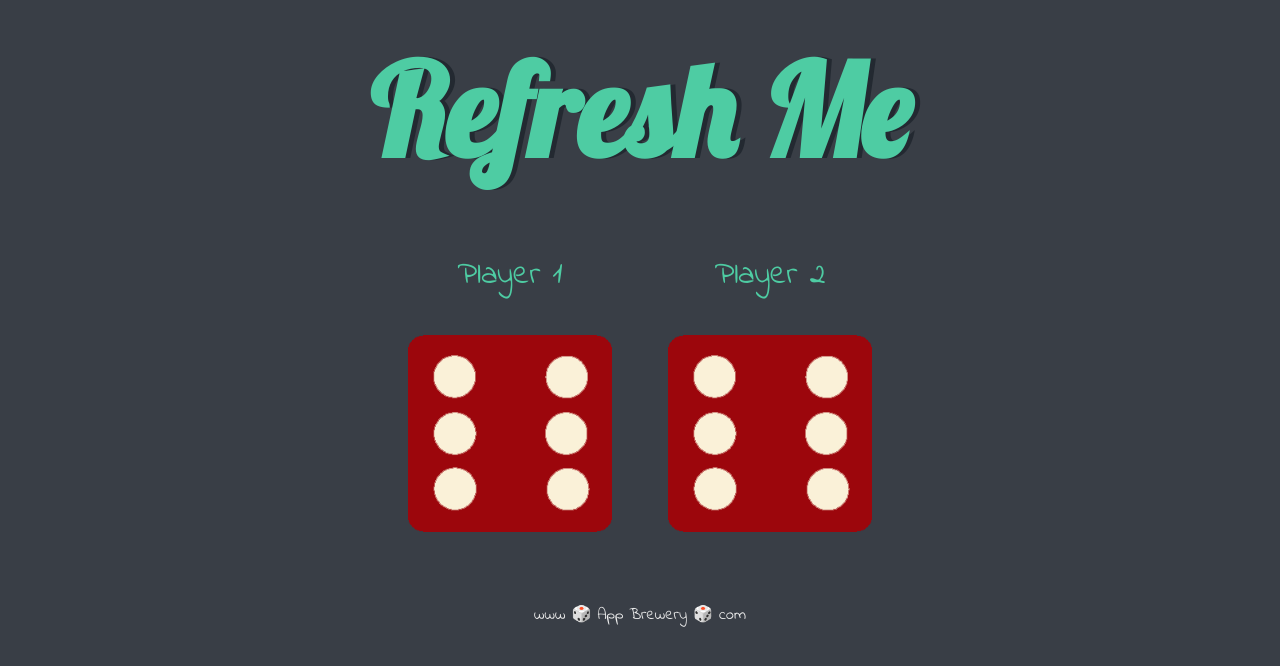
Repository: joseph27choi/Simple-Dice-Game
Page: dicee.html
These files come from the project's save history. The page is drawn as it stood at one moment and after a run of saves; the edit follows.
The browser window is 1280 px wide. The pictures show the whole page.

Above is the page before, as saved 2023-02-23 12:32:30.
Console error: SyntaxError: Unexpected token '}'

After the next 2 saves:
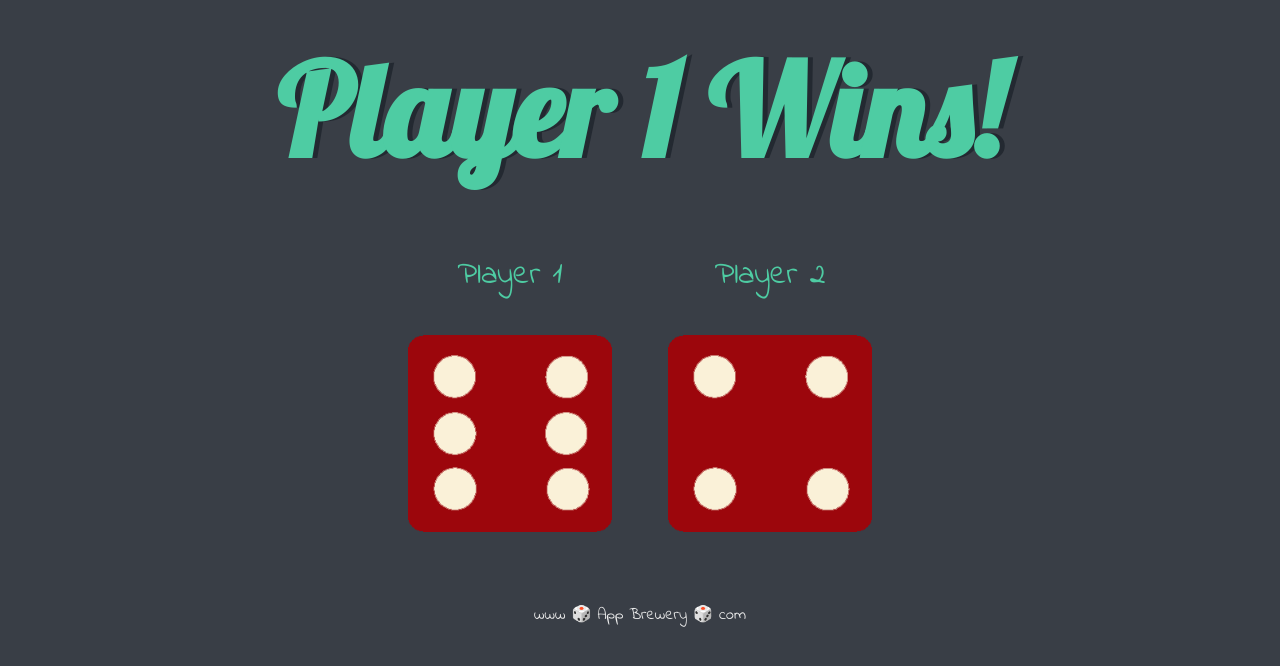
The error is gone.
The 2 saves are shown as one change because they came seconds apart.
The last was saved 8 s later.
--- a/index.js
+++ b/index.js
@@ -16,5 +16,5 @@ if (randomNumber1 > randomNumber2)
 }
 else if (randomNumber2 > randomNumber1)
 {
-    do
+    document.querySelector("h1")
 }
